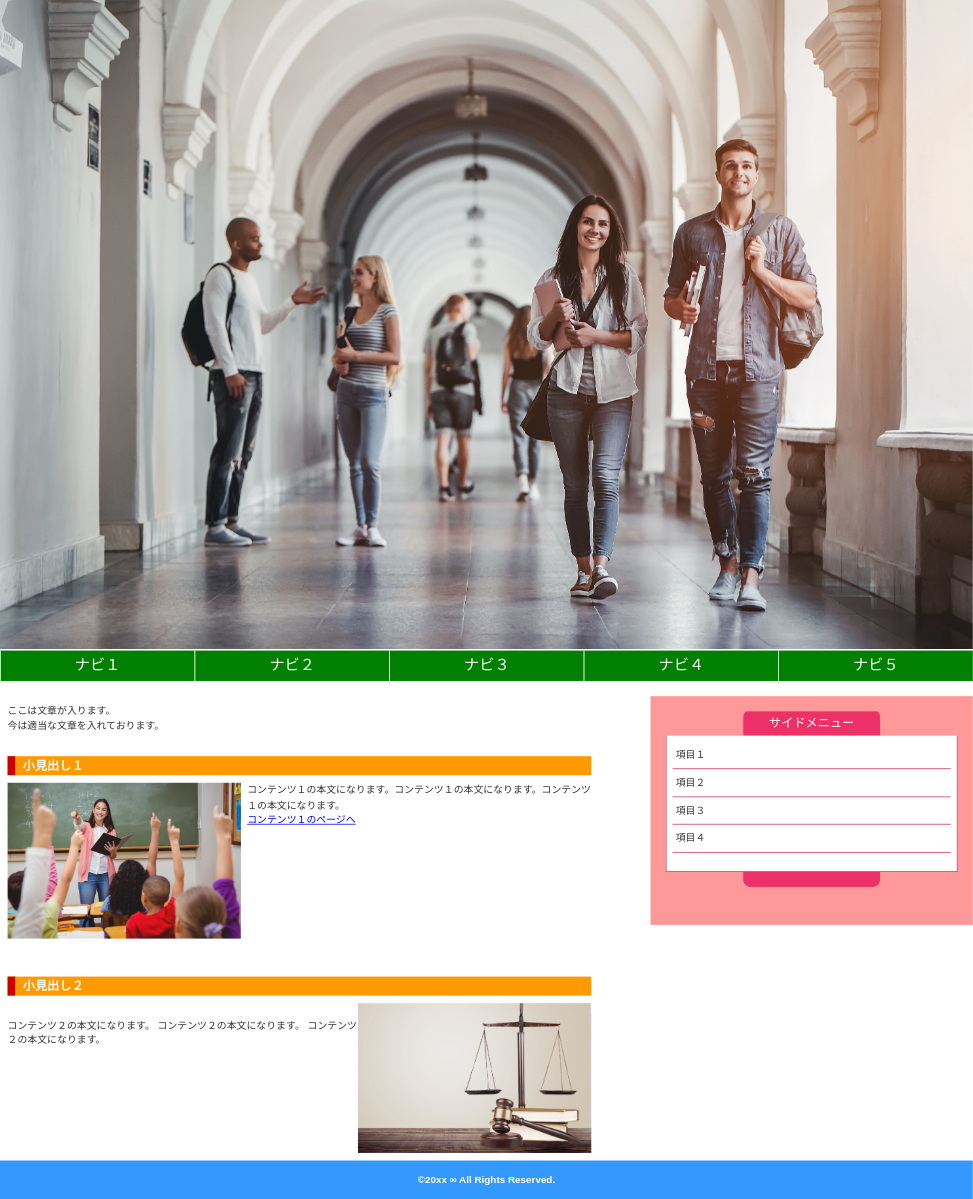
Repository: kitamasa303/samurai_HTML_CSS
Page: home.html
The author's editor kept a record of every edit. The page is drawn from the files as they stood at one moment, then again after the next edit.
The browser window is 1280 px wide. The pictures show the whole page, at 76% of full size.

Above is the page before.

### home.html
<!DOCTYPE html>
<html lang="ja">
<head>
    <meta charset="UTF-8">
    <title>HTML/CSSの学習</title>
    <link rel="stylesheet" href="stylesheet.css">
</head>
<body>
    <div id="header">
        <h1><a href="index.html"><img id="corridor" src="images/corridor.jpg" alt="大学の廊下"></a></h1>
    </div>
    <div id="wrapper">
        <div id="nav">
            <ul>
                <li><a href="home.html">ナビ１</a></li>
                <li><a href="#">ナビ２</a></li>
                <li><a href="#">ナビ３</a></li>
                <li><a href="#">ナビ４</a></li>
                <li><a href="#">ナビ５</a></li>
            </ul>
        </div>
        <div id="container">
            <div id="main">
            <div class="post">
                <p>ここは文章が入ります。<br/>今は適当な文章を入れております。</p>
            </div>
            <div class="post clearfix">
                <h2>小見出し１</h2>
                <img class="left" src="images/classroom.jpg" alt="授業風景"/>
                <p>
                    コンテンツ１の本文になります。コンテンツ１の本文になります。コンテンツ１の本文になります。
                </p>
                <p><a href="#">コンテンツ１のページへ</a></p>
            </div>
            <div class="post clearfix"></div>
        　　<h2>小見出し２</h2>
        　　<img class="right" src="images/scale.jpg" alt="天秤"/>
        　　<p>コンテンツ２の本文になります。  コンテンツ２の本文になります。  コンテンツ２の本文になります。
        　　</p>
        </div>
        </div>
        <div id="side">
            <div class="box">
                <h2>サイドメニュー</h2>
                <div class="boxBody">
                    <ul>
                        <li>項目１</li>
                        <li>項目２</li>
                        <li>項目３</li>
                        <li>項目４</li>
                    </ul>
                </div>
            </div>
        </div>
    </div>
    <div id="footer">
        <p>&copy;20xx ∞ All Rights Reserved.</p>
    </div>
</body>
</html>

### stylesheet.css
@charset"utf-8";

body{
    margin: 0;
    padding:0;
    font-family: "ヒラギノ角ゴ Pro W3","Hiragino Kaku Gothic Pro","メイリオ",Meiryo,Osaka,"MS Pゴシック","MS Gothic",sans-serif;
    color:#333;
    font-size: 13px;
    line-height: 150%;
}

/*-----wrapper-----*/
#wrapper{
    width: 100%;
    margin: auto;
    padding: 0px;
    border: 0px;
    background-color:#FFF;
    top: 0px;
    position: relative;

}
/*-----header-----*/

#header {
    width:100%;
}

#header h1 {
   margin:0;
   padding:0;
}

#corridor {
    width:100% ;
    height:auto;
}

/*-----footer-----*/

#footer{
    clear:both;
    width: 100%;
    padding:3px 0 3px 0;
    background-color: #39F;
    color:#FFF;
    font-weight: bold;
    text-align: center;
}

/*----nav-----*/

#nav {
    width:100%;
}
#nav ul{
    margin:0;
    padding:0;
    list-style-type:none;
}

#nav ul li {
    float:left;
    width:20%;
    text-align:center;

}

#nav ul li a {
    display:block;
    height:20px;
    margin:0;
    padding:10px;
    color:#FFF;
    font-size:20px;
    text-decoration:none;
    background-color:green;
    border-left:1px solid white;
}

#nav ul li a:hover{
    filter:drop-shadow(10px 10px 10px black);
}

/*----container-----*/

#container {
    width:100%;
    margin:auto;
    padding-top: 20px;
    clear:both;
}

/*----main-----*/

#main {
    float: left;
    width:60%;
    padding: 10px 30px 10px 10px;
}

#main h2 {
    margin:0 0 10px 0;
    padding:3px 10px 3px 10px;
    color:#FFF;
    font-size: 16px;
    border-left: solid 10px #c00;
    background-color: #F90;
}

#main p{
    margin:0;
    padding:0;

}

#main .post{
    margin:0 0 30px 0;
}

#main .post img.right{
    margin:0 0 0 8px;
}

#main .post img.left{
    margin:0 8px 0 0;
}

.right{
    float:right;
    width:40%;
    height:auto;
}

.left{
    float:left;
    width:40%;
    height:auto;
}


/*----clearfix-----*/

.clearfix{
    zoom:1;
}

.clearfix:after{
    content:"";
    display:block;
    clear:both;
}

/*-----side-----*/

#side{
    float:right;
    width:30%;
    padding:20px;
    background-color:#F99;
}
#side .box{
    margin:0 auto 30px auto;
    padding:0 0 20px 0;
    background:url(images/side_box.png) bottom no-repeat;
}
#side .box h2{
    margin:0;
    padding:8px;
    text-align:center;
    color:#FFF;
    font-size:16px;
    line-height:16px;
    font-weight:normal;
    background:url(images/side_box_h2.png) center no-repeat;
}

#side .boxBody{
    padding:8px;
    border-right:solid 1px #C36;
    border-bottom:solid 1px #C36;
    border-left:solid 1px #C36;
    background:#FFF;

}

#side .box .boxBody ul{
    margin:0 0 16px 0;
    padding:0;
}

#side .box .boxBody ul li{
    padding:8px 0 8px 4px;
    list-style: none;
    border-bottom:solid 1px #C36;
}

After the next edit:
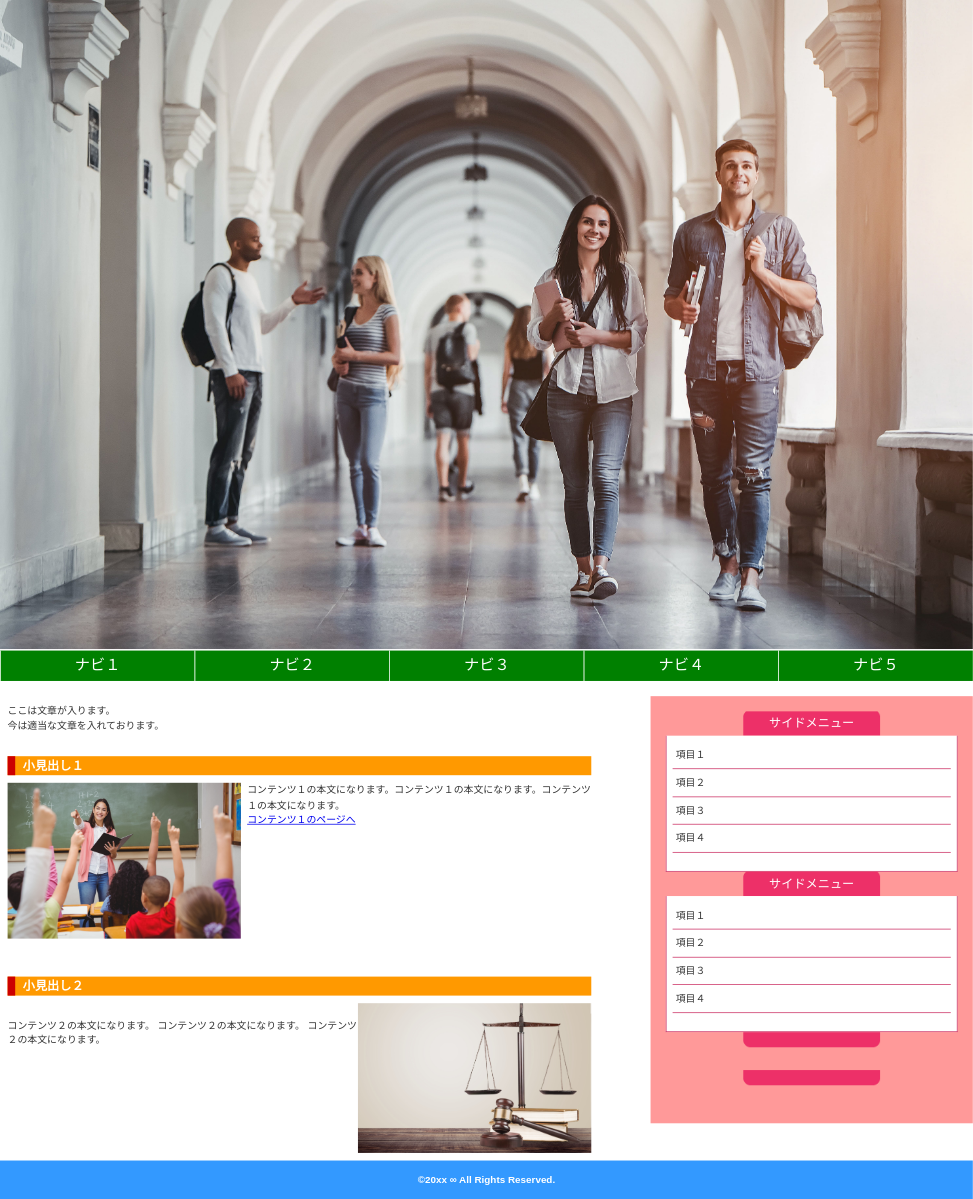
The edit:
--- a/home.html
+++ b/home.html
@@ -50,6 +50,17 @@
                         <li>項目４</li>
                     </ul>
                 </div>
+                <div class="box">
+                <h2>サイドメニュー</h2>
+                <div class="boxBody">
+                    <ul>
+                        <li>項目１</li>
+                        <li>項目２</li>
+                        <li>項目３</li>
+                        <li>項目４</li>
+                    </ul>
+                </div>
+            </div>
             </div>
         </div>
     </div>
